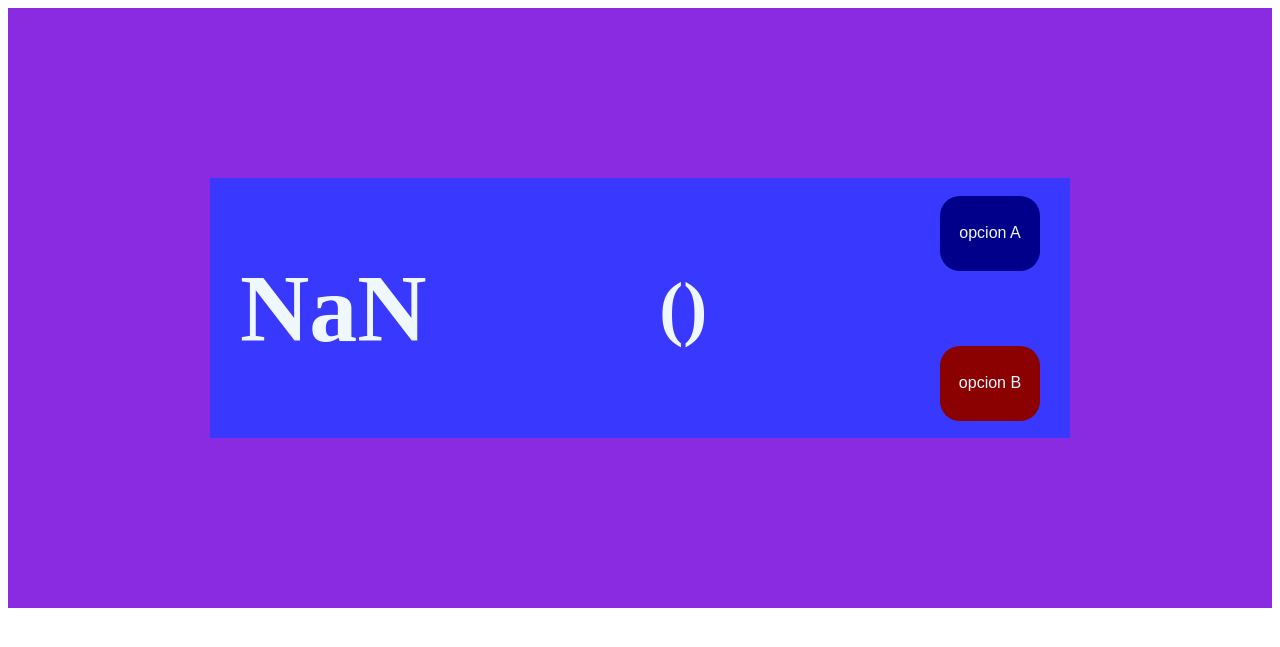
Repository: eschala/Proyecto_Clonaci-n_Kahoot_2023-2
Page: Borrador_Samir_Kahoot_NEW/Prueaba_Validar.html
These files come from the project's save history. The page is drawn as it stood at one moment and after a run of saves; the edit follows.
The browser window is 1280 px wide. The pictures show the whole page.

Above is the page before, as saved 2023-11-29 13:26:14.

### Borrador_Samir_Kahoot_NEW/Prueaba_Validar.html
<!DOCTYPE html>
<html lang="en">

<head>
    <meta charset="UTF-8">
    <meta name="viewport" content="width=device-width, initial-scale=1.0">
    <title>Document</title>
    <style>

    </style>
    <link rel="stylesheet" href="stylePrueba.css">

</head>

<body>
    <div class="container">

        <div class="sectionContainer">

            <h1 class="tituloClass">
                pregunta
            </h1>
            <h2 class="aviso">
                ()
            </h2>

            <div class="section_Buttons">
                <div class="btn_content"><button type="button" class="btn_1 botones">opcion A</button></div>
                <div class="btn_content"><button type="button" class="btn_2 botones">opcion B</button></div>

            </div>


        </div>

    </div>

    <script src="respuesta_VALIDAR.js"></script>
</body>

</html>

### Borrador_Samir_Kahoot_NEW/stylePrueba.css
.container {

    width: 100%;
    height: 600px;
    background-color: blueviolet;

    display: flex;
    flex-direction: column;

    align-items: center;
    justify-content: center;

}

.sectionContainer {

    height: 200px;
    width: 800px;

    background-color: rgb(56, 56, 255);

    display: flex;
    justify-content: space-between;
    align-items: center;
    color: aliceblue;

    font-size: 3rem;
    padding: 30px;
}

.sub_Container_2 {

    height: 200px;
    width: 800px;

    background-color: red;

    display: flex;

}

.btn_content {
    height: 150px;
    width: 100px;
    display: flex;

    align-items: center;
    justify-content: center;

    cursor: pointer;
}

.btn_1 {
    width: 100%;
    height: 50%;

    background-color:darkblue;
}

.btn_2 {
    width: 100%;
    height: 50%;

    background-color:darkred;
}

.botones:hover{

    opacity: 50%;
    cursor: pointer;
}

.botones{


    color:aliceblue;
    font-size: 1rem;
    cursor: pointer;

    border-radius: 20px;
    border: 0px;
}

### Borrador_Samir_Kahoot_NEW/respuesta_VALIDAR.js
const container_E=document.querySelector(".container");
const sectionContainer_E=document.querySelector(".sectionContainer");
const sub_Container_2_E=document.querySelector(".sub_Container_2");
const btn_1_E=document.querySelector(".btn_1");
const btn_2_E=document.querySelector(".btn_2");
const h2_E=document.querySelector(".aviso");
const tituloClass_E=document.querySelector(".tituloClass");

/* const container_element=".container";
const sectionContainer_element=".sectionContainer";
const sub_Container_2_element=".sub_Container_2";
const btn_1_element=".btn_1";
const btn_2_element=".btn_2";
const h2_element=".aviso";
const tituloClass_element=".tituloClass";

container_element=document.querySelector(container_element);
sectionContainer_element=document.querySelector(sectionContainer_element);
sub_Container_2_element=document.querySelector(sub_Container_2_element);
btn_1_element=document.querySelector(btn_1_element);
btn_2_element=document.querySelector(btn_2_element);
h2_element=document.querySelector(h2_element);
tituloClass_element=document.querySelector(tituloClass_element);
 */
   let contar;
let segundos =1;
const intervalo= segundos*1000;



var funcionPrueba=()=>{
    contar++;

    tituloClass_E.innerHTML=contar;
}


const tiempoFuera = setInterval(funcionPrueba,intervalo);

After the next 2 saves:
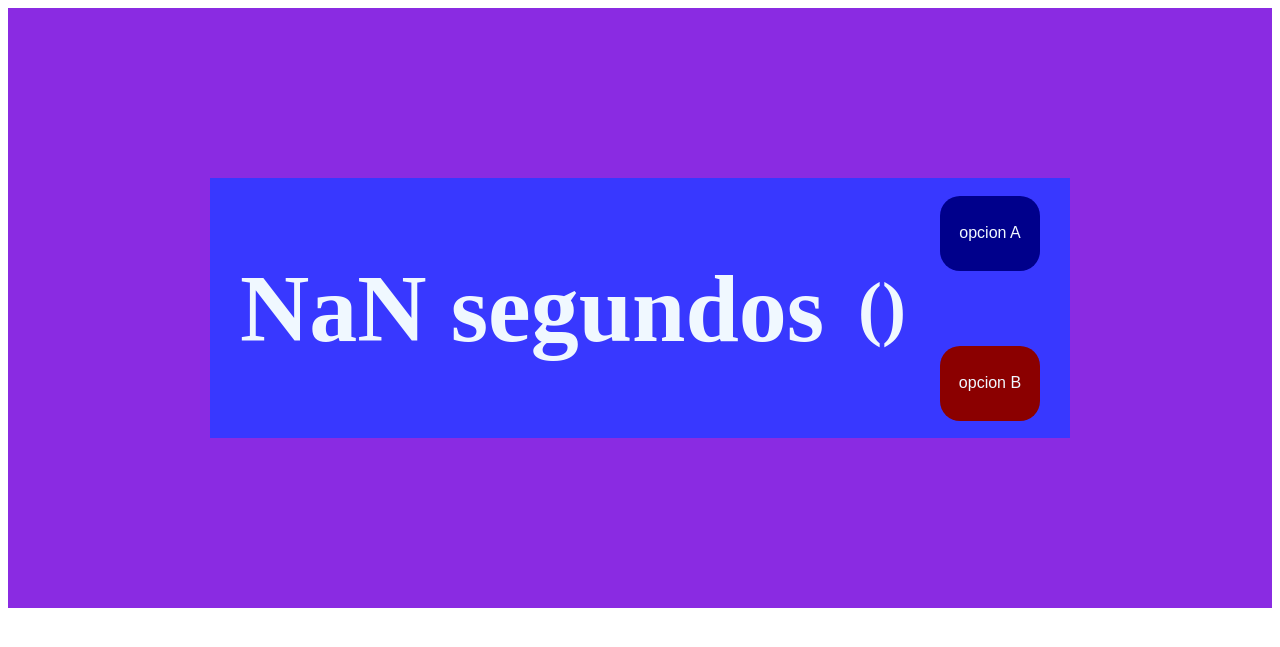
The 2 saves are shown as one change because they came seconds apart.
The last was saved 7 s later.
--- a/Borrador_Samir_Kahoot_NEW/respuesta_VALIDAR.js
+++ b/Borrador_Samir_Kahoot_NEW/respuesta_VALIDAR.js
@@ -31,7 +31,7 @@ const intervalo= segundos*1000;
 var funcionPrueba=()=>{
     contar++;
 
-    tituloClass_E.innerHTML=contar;
+    tituloClass_E.innerHTML=contar+ " segundos";
 }
 
 
